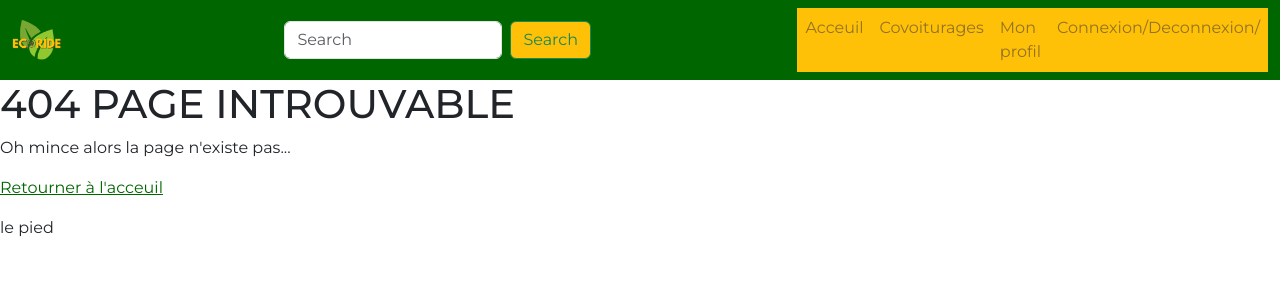
Repository: lemonhao9/ECF
Page: index.html
These files come from the project's save history. The page is drawn as it stood at one moment and after the next save; the edit follows.
The browser window is 1280 px wide. The pictures show the whole page.
Some web fonts or font styles are not loaded; a fallback is used. The style sheet was rebuilt from its Sass, Less or Tailwind sources for each picture, by a compiler version that may differ from the author's.

Above is the page before, as saved 2025-02-11 11:38:48.

After the next save:
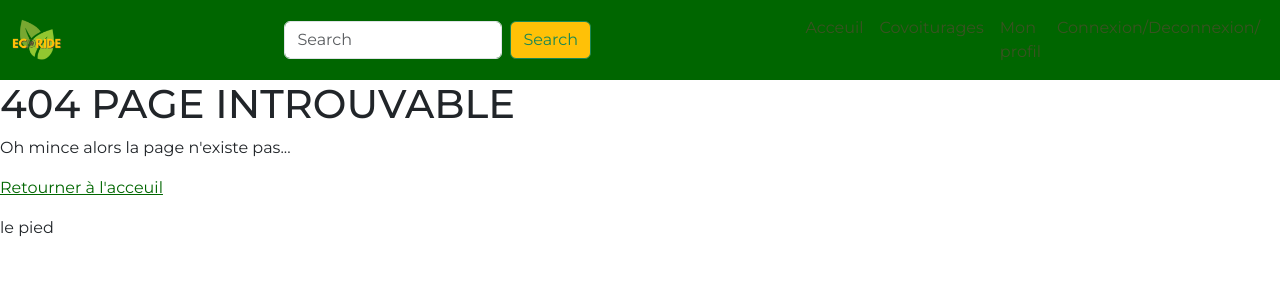
Saved 12 s later.
--- a/index.html
+++ b/index.html
@@ -25,7 +25,7 @@
               <button class="btn btn-outline-success bg-secondary" type="submit">Search</button>
             </form>
           </div>
-      <ul class="navbar-nav ms-auto mb-2 mb-lg-0  text-bg-secondary">
+      <ul class="navbar-nav ms-auto mb-2 mb-lg-0">
         <li class="nav-item">
           <a class="nav-link" href="/">Acceuil</a>
         </li>
